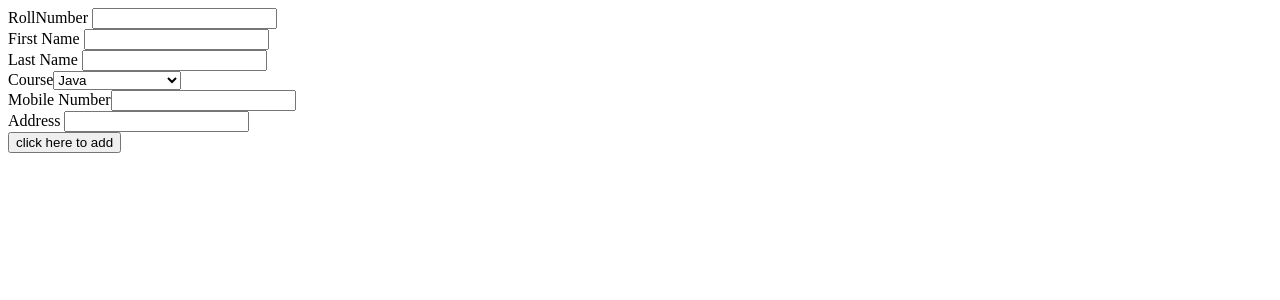
Repository: vivekraghu17/Sapient-Training-
Page: http://localhost/student-app/add-student.jsp
An editor plug-in stored every save of this project. The page is shown before and after the next save, followed by the edit.
The browser window is 1280 px wide. The pictures show the whole page.
The page is served by Tomcat 9.

Above is the page before, as saved 2020-02-18 12:08:41.

After the next save:
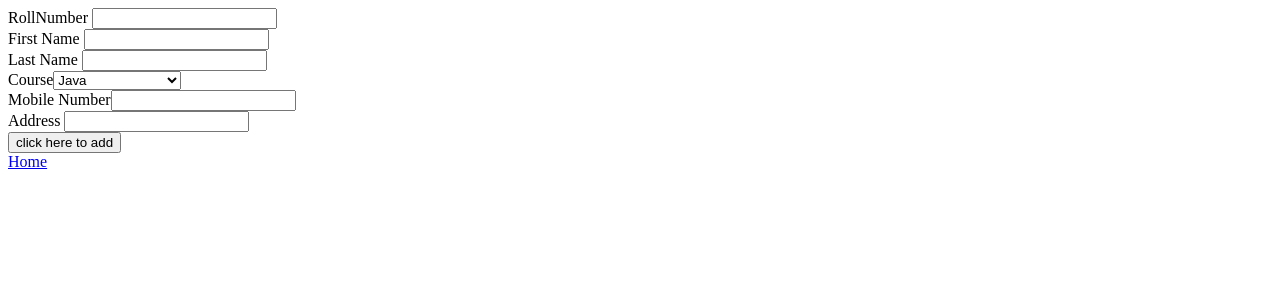
Saved 7 min 24 s later.
--- a/student-app/WebContent/add-student.jsp
+++ b/student-app/WebContent/add-student.jsp
@@ -9,6 +9,14 @@
 <body>
 <form action="LoginValidate.jsp">
 		RollNumber <input type="text" name="rollno" /><br />
+		<%
+
+
+
+
+
+
+		%>
 		First Name <input type="text" name="fname" /><br />
 		Last Name <input type="text" name="lname" /><br />
 		Course<select name="course">
@@ -25,6 +33,10 @@
 Mobile Number<input type="tel"/><br>
 Address <input type="text" name="address" /><br />
 <input type="submit" value="click here to add"/>
+
+
 </form>
+
+<a href="home.jsp">Home</a>
 </body>
 </html>
